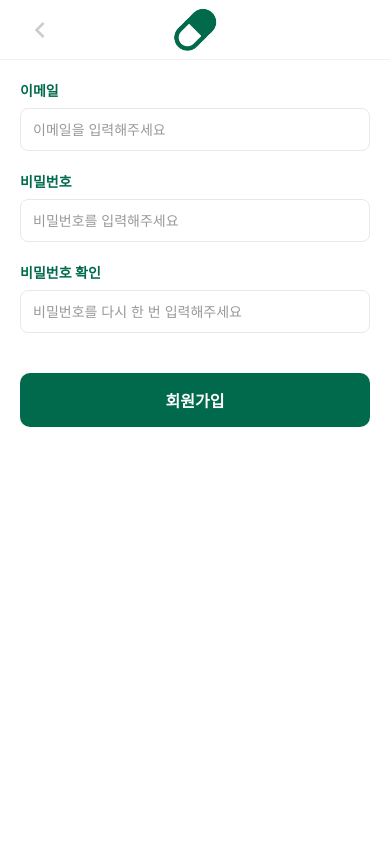
Repository: Sesac-icare/FrontEndiCare
Screen: /SignUp (app in iCare/)
These files come from the project's save history. The screen is drawn as it stood at one moment and after the next save; the edit follows.
The app was drawn by React Native's web renderer in a window 390 px wide. The project was rebuilt for these pictures with package versions that can differ from the ones it lists, and the page was loaded fresh each time. Some packages were replaced by stand-ins written for this rebuild. Also part of the build but not shown: iCare/components/Header.js, iCare/components/Contents.js, iCare/components/HospitalList.js, iCare/components/PharmacyList.js, iCare/components/MyPage.js.

Above is the screen before, as saved 2025-02-06 10:04:46.

### iCare/index.js
import { registerRootComponent } from "expo";

import App from "./App";

// registerRootComponent calls AppRegistry.registerComponent('main', () => App);
// It also ensures that whether you load the app in Expo Go or in a native build,
// the environment is set up appropriately
registerRootComponent(App);

// import { AppRegistry } from "react-native";
// import App from "./src/App";
// import { iCare } from "./app.json";

// import appConfig from "./app.json";

// const appName = appConfig.expo.name;

// AppRegistry.registerComponent(appName, () => App);

### iCare/App.js
import React, { useState, useEffect } from "react";
import { NavigationContainer } from "@react-navigation/native";
import { createNativeStackNavigator } from "@react-navigation/native-stack";
import { createBottomTabNavigator } from "@react-navigation/bottom-tabs";
import { View, StyleSheet, SafeAreaView, Text } from "react-native";
import { MaterialIcons } from "@expo/vector-icons";
import Header from "./components/Header";
import Contents from "./components/Contents";
import Splash from "./components/Splash";
import HospitalList from "./components/HospitalList";
import PharmacyList from "./components/PharmacyList";
import MyPage from "./components/MyPage";
import Login from "./components/auth/Login";
import SignUp from "./components/auth/SignUp";

const Stack = createNativeStackNavigator();
const Tab = createBottomTabNavigator();

// 임시 채팅, 마이페이지 컴포넌트
const ChatScreen = () => (
  <SafeAreaView style={styles.safe}>
    <View style={styles.container}>
      <Header />
      <View style={styles.center}>
        <Text>채팅 화면</Text>
      </View>
    </View>
  </SafeAreaView>
);

const HomeScreen = () => {
  return (
    <SafeAreaView style={styles.safe}>
      <View style={styles.container}>
        <Header />
        <Contents />
      </View>
    </SafeAreaView>
  );
};

// 탭 네비게이터
function TabNavigator() {
  return (
    <Tab.Navigator
      screenOptions={{
        headerShown: false,
        tabBarStyle: {
          height: 60,
          borderTopWidth: 1,
          borderTopColor: "#f0f0f0",
          paddingBottom: 20,
          paddingTop: 10,
          height: 80
        },
        tabBarActiveTintColor: "#016a4c",
        tabBarInactiveTintColor: "#CCCCCC",
        tabBarLabelStyle: {
          paddingBottom: 8,
          fontSize: 12,
          fontWeight: "500",
          marginTop: -4
        },
        tabBarIconStyle: {
          marginTop: -4
        }
      }}
    >
      <Tab.Screen
        name="홈"
        component={HomeScreen}
        options={{
          tabBarIcon: ({ color }) => (
            <MaterialIcons name="home" size={28} color={color} />
          )
        }}
      />
      <Tab.Screen
        name="채팅"
        component={ChatScreen}
        options={{
          tabBarIcon: ({ color }) => (
            <MaterialIcons name="forum" size={28} color={color} />
          )
        }}
      />
      <Tab.Screen
        name="마이페이지"
        component={MyPage}
        options={{
          tabBarIcon: ({ color }) => (
            <MaterialIcons name="person" size={28} color={color} />
          )
        }}
      />
    </Tab.Navigator>
  );
}

const App = () => {
  const [isLoading, setIsLoading] = useState(true);

  useEffect(() => {
    // 3초 후에 스플래시 화면 숨기기
    const timer = setTimeout(() => {
      setIsLoading(false);
    }, 3000);

    return () => clearTimeout(timer);
  }, []);

  if (isLoading) {
    return <Splash />;
  }

  return (
    <NavigationContainer>
      <Stack.Navigator screenOptions={{ headerShown: false }}>
        <Stack.Screen name="Login" component={Login} />
        <Stack.Screen name="SignUp" component={SignUp} />
        <Stack.Screen name="MainTabs" component={TabNavigator} />
        <Stack.Screen name="HospitalList" component={HospitalList} />
        <Stack.Screen name="PharmacyList" component={PharmacyList} />
      </Stack.Navigator>
    </NavigationContainer>
  );
};

const styles = StyleSheet.create({
  safe: {
    flex: 1,
    backgroundColor: "#ffffff"
  },
  container: {
    flex: 1,
    backgroundColor: "#ffffff"
  },
  center: {
    flex: 1,
    justifyContent: "center",
    alignItems: "center"
  },
  button: {
    backgroundColor: "#f0f0f0",
    padding: 14,
    borderRadius: 9,
    marginBottom: 9,
    alignItems: "center"
  },
  buttonText: {
    fontSize: 18,
    color: "green",
    fontFamily: "NotoSansKR"
  }
});

export default App;

### iCare/components/Splash.js
import React from "react";
import { View, Text, StyleSheet, Image, Dimensions } from "react-native";

const { height } = Dimensions.get("window");

export default function Splash() {
  return (
    <View style={styles.container}>
      <View style={styles.logoContainer}>
        <Image
          source={require("../assets/iCareLogo.jpg")}
          style={styles.logo}
          resizeMode="contain"
        />
      </View>
      <View style={styles.footer}>
        <Text style={styles.title}>iCare</Text>
        <Text style={styles.subtitle}>
          아이를 위한 24시간 병원 및 약국 찾기
        </Text>
      </View>
    </View>
  );
}

const styles = StyleSheet.create({
  container: {
    flex: 1,
    backgroundColor: "#016a4c",
    justifyContent: "center"
  },
  logoContainer: {
    position: "absolute",
    top: "40%",
    left: 0,
    right: 0,
    alignItems: "center"
  },
  logo: {
    width: 200,
    height: 200
  },
  footer: {
    position: "absolute",
    bottom: 80,
    left: 0,
    right: 0,
    alignItems: "center"
  },
  title: {
    fontSize: 36,
    color: "#12b67a",
    marginBottom: 8,
    fontFamily: "NotoSansKR",
    fontWeight: "bold"
  },
  subtitle: {
    fontSize: 18,
    color: "white",
    opacity: 0.8,
    fontFamily: "NotoSansKR",
    fontWeight: "400"
  }
});

### iCare/components/auth/Login.js
import React from "react";
import {
  View,
  Text,
  StyleSheet,
  TouchableOpacity,
  SafeAreaView,
  Image,
  TextInput
} from "react-native";
import { MaterialIcons } from "@expo/vector-icons";
import { useNavigation } from "@react-navigation/native";

export default function Login() {
  const navigation = useNavigation();

  return (
    <SafeAreaView style={styles.safe}>
      <View style={styles.container}>
        <View style={styles.header}>
          <Image
            source={require("../../assets/HeaderGreenLogo.png")}
            style={styles.logo}
            resizeMode="contain"
          />
        </View>

        <View style={styles.content}>
          <View style={styles.inputSection}>
            <Text style={styles.label}>이메일</Text>
            <TextInput
              style={styles.input}
              placeholder="이메일을 입력해주세요"
              placeholderTextColor="#999"
            />
          </View>

          <View style={styles.inputSection}>
            <Text style={styles.label}>비밀번호</Text>
            <TextInput
              style={styles.input}
              placeholder="비밀번호를 입력해주세요"
              placeholderTextColor="#999"
              secureTextEntry
            />
          </View>

          <View style={styles.buttonContainer}>
            <TouchableOpacity
              style={styles.button}
              onPress={() => navigation.navigate("SignUp")}
            >
              <Text style={styles.buttonText}>회원가입</Text>
            </TouchableOpacity>

            <TouchableOpacity
              style={[styles.button, styles.loginButton]}
              onPress={() => navigation.navigate("MainTabs")}
            >
              <Text style={[styles.buttonText, styles.loginText]}>로그인</Text>
            </TouchableOpacity>
          </View>
        </View>
      </View>
    </SafeAreaView>
  );
}

const styles = StyleSheet.create({
  safe: {
    flex: 1,
    backgroundColor: "#fff"
  },
  container: {
    flex: 1,
    backgroundColor: "#fff"
  },
  header: {
    height: 60,
    flexDirection: "row",
    alignItems: "center",
    justifyContent: "center",
    borderBottomWidth: 1,
    borderBottomColor: "#f0f0f0",
    backgroundColor: "#fff"
  },
  logo: {
    width: 48,
    height: 48
  },
  content: {
    flex: 1,
    padding: 20,
    justifyContent: "center"
  },
  inputSection: {
    marginBottom: 20
  },
  label: {
    fontSize: 14,
    color: "#016A4C",
    marginBottom: 8,
    fontWeight: "600"
  },
  input: {
    borderWidth: 1,
    borderColor: "#E8E8E8",
    borderRadius: 8,
    padding: 12,
    fontSize: 14,
    color: "#222222"
  },
  buttonContainer: {
    marginTop: 30
  },
  button: {
    backgroundColor: "#fff",
    paddingVertical: 15,
    borderRadius: 10,
    marginBottom: 15,
    alignItems: "center",
    borderWidth: 1,
    borderColor: "#016A4C"
  },
  loginButton: {
    backgroundColor: "#016A4C",
  },
  buttonText: {
    fontSize: 16,
    color: "#016A4C",
    fontWeight: "600"
  },
  loginText: {
    color: "#fff"
  }
});

### iCare/components/auth/SignUp.js
import React from "react";
import {
  View,
  Text,
  StyleSheet,
  TouchableOpacity,
  SafeAreaView,
  Image,
  TextInput,
  ScrollView
} from "react-native";
import { MaterialIcons } from "@expo/vector-icons";
import { useNavigation } from "@react-navigation/native";

export default function SignUp() {
  const navigation = useNavigation();

  return (
    <SafeAreaView style={styles.safe}>
      <View style={styles.container}>
        <View style={styles.header}>
          <TouchableOpacity
            style={styles.backButton}
            onPress={() => navigation.goBack()}
          >
            <MaterialIcons name="chevron-left" size={32} color="#CCCCCC" />
          </TouchableOpacity>
          <Image
            source={require("../../assets/HeaderGreenLogo.png")}
            style={styles.logo}
            resizeMode="contain"
          />
        </View>

        <ScrollView style={styles.content}>
          <View style={styles.inputSection}>
            <Text style={styles.label}>이메일</Text>
            <TextInput
              style={styles.input}
              placeholder="이메일을 입력해주세요"
              placeholderTextColor="#999"
            />
          </View>

          <View style={styles.inputSection}>
            <Text style={styles.label}>비밀번호</Text>
            <TextInput
              style={styles.input}
              placeholder="비밀번호를 입력해주세요"
              placeholderTextColor="#999"
              secureTextEntry
            />
          </View>

          <View style={styles.inputSection}>
            <Text style={styles.label}>비밀번호 확인</Text>
            <TextInput
              style={styles.input}
              placeholder="비밀번호를 다시 한 번 입력해주세요"
              placeholderTextColor="#999"
              secureTextEntry
            />
          </View>

          <TouchableOpacity
            style={styles.signUpButton}
            onPress={() => navigation.navigate("MainTabs")}
          >
            <Text style={styles.signUpButtonText}>회원가입</Text>
          </TouchableOpacity>
        </ScrollView>
      </View>
    </SafeAreaView>
  );
}

const styles = StyleSheet.create({
  safe: {
    flex: 1,
    backgroundColor: "#fff"
  },
  container: {
    flex: 1,
    backgroundColor: "#fff"
  },
  header: {
    height: 60,
    flexDirection: "row",
    alignItems: "center",
    justifyContent: "center",
    borderBottomWidth: 1,
    borderBottomColor: "#f0f0f0",
    backgroundColor: "#fff",
    position: "relative"
  },
  backButton: {
    position: "absolute",
    left: 20,
    padding: 4
  },
  logo: {
    width: 48,
    height: 48
  },
  content: {
    flex: 1,
    padding: 20
  },
  inputSection: {
    marginBottom: 20
  },
  label: {
    fontSize: 14,
    color: "#016A4C",
    marginBottom: 8,
    fontWeight: "600"
  },
  input: {
    borderWidth: 1,
    borderColor: "#E8E8E8",
    borderRadius: 8,
    padding: 12,
    fontSize: 14,
    color: "#222222"
  },
  signUpButton: {
    backgroundColor: "#016A4C",
    paddingVertical: 15,
    borderRadius: 10,
    marginTop: 20,
    marginBottom: 40,
    alignItems: "center"
  },
  signUpButtonText: {
    fontSize: 16,
    color: "#fff",
    fontWeight: "600"
  }
});

After the next save:
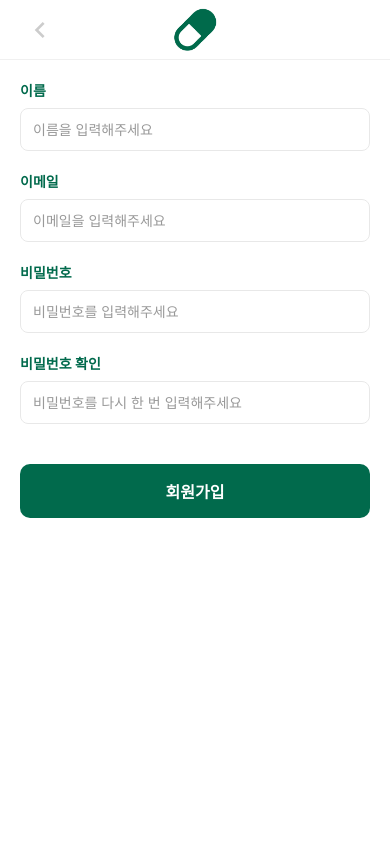
Saved 83 s later.
--- a/iCare/components/auth/SignUp.js
+++ b/iCare/components/auth/SignUp.js
@@ -33,6 +33,15 @@ export default function SignUp() {
         </View>
 
         <ScrollView style={styles.content}>
+          <View style={styles.inputSection}>
+            <Text style={styles.label}>이름</Text>
+            <TextInput
+              style={styles.input}
+              placeholder="이름을 입력해주세요"
+              placeholderTextColor="#999"
+            />
+          </View>
+
           <View style={styles.inputSection}>
             <Text style={styles.label}>이메일</Text>
             <TextInput
